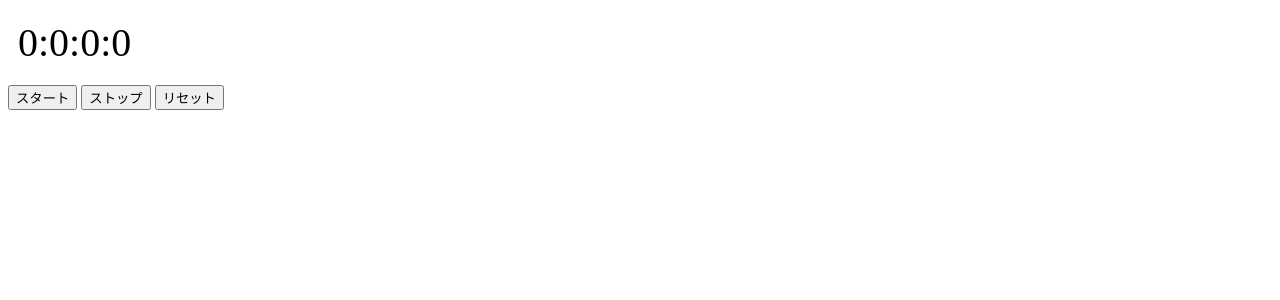
Repository: mai-akatsu/javascript
Page: index.html
The author's editor kept a record of every edit. The page is drawn from the files as they stood at one moment, then again after the next edit.
The browser window is 1280 px wide. The pictures show the whole page.

Above is the page before.
Console error: SyntaxError: Unexpected token '{'

### index.html
<!DOCTYPE html>
<html>
  <head>
      <meta charset="utf-8">
      <title>タイマー</title>
      <link rel="stylesheet" href="main.css" type="text/css" />
  </head>
  <body>
      <p id="timer">0:0:0:0</p>
      <div class="button">
          <button id="start">スタート</button>
          <button id="stop">ストップ</button>
          <button id="reset">リセット</button>
      </div>
     <script type="text/javascript" src="main.js"></script>
  </body>

</html>

### main.css
#timer {
    font-size: 40px;
    margin: 19px 10px;
}
#start_button {
    background-color: #e3e3e3;
    border: solid 1.3px #4d4d4d;
    border-radius: 5px;
    color: black;
    font-size: 16px;
    padding: 9px 11px;
}
#stop_button {
    background-color: #e3e3e3;
    border: solid 1.3px #4d4d4d;
    border-radius: 5px;
    color: black;
    font-size: 16px;
    padding: 9px 11px;
}
#reset_button {
    background-color: #e3e3e3;
    border: solid 1.3px #4d4d4d;
    border-radius: 5px;
    color: black;
    font-size: 16px;
    padding: 9px 11px;
}

### main.js
const time = document.getElementById("timer");

const start = document.getElementById("start_button");

const stop = document.getElementById("stop_button");

const reset = document.getElementById("reset_button");


let h = 0;
let m = 0;
let s = 0;
let ms = 0;

function stopWatch () {
  ms++;
  if(ms % 10 == 0){
    s++;
    ms = 0;
  }else if(ms % 10 ==0 && s % 60 ==0){
    m++;
    s = 0;
  }else if(s % 60 ==0 && m % 60 ==0){
    h++;
    m = 0;
  }else if(m % 60 ==0 && h == 60{
    h++;
    m = 0;
  }
    time.innerHTML = `${h}:${m}:${s}:${ms}`;
  }

let interval;

start.addEventListener('click',() =>{
  interval = setInterval(stopWatch, 1000);
  start.disabled = true;
  stop.disabled = false;
  reset.disabled = false;
})

stop.addEventListener('click',() =>{
  clearInterval(interval);
  start.disabled = false;
  stop.disabled = true;
  reset.disabled = false;
})
reset.addEventListener('click',() =>{
  time.innerHTML = "0:0:0:0";
  h = 0;
  m = 0;
  s = 0;
  ms = 0;
  start.disabled = false;
  stop.disabled = true;
  reset.disabled = true;
})

After the next edit:
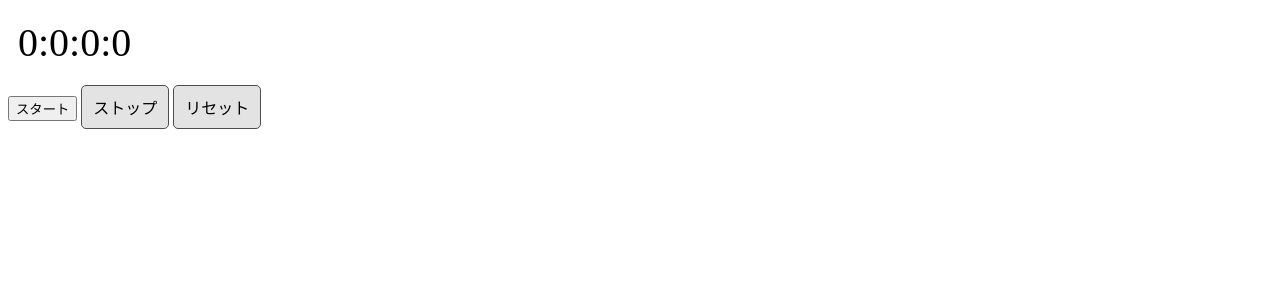
The edit:
--- a/index.html
+++ b/index.html
@@ -8,9 +8,9 @@
   <body>
       <p id="timer">0:0:0:0</p>
       <div class="button">
-          <button id="start">スタート</button>
-          <button id="stop">ストップ</button>
-          <button id="reset">リセット</button>
+          <button id="tart_button">スタート</button>
+          <button id="stop_button">ストップ</button>
+          <button id="reset_button">リセット</button>
       </div>
      <script type="text/javascript" src="main.js"></script>
   </body>
